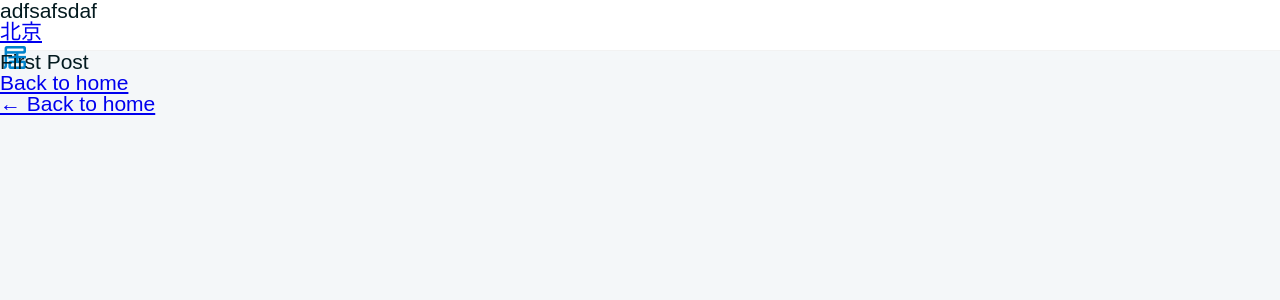
Repository: happy760690/nextjs-react
Page: /posts/first-post
An editor plug-in stored every save of this project. The page is shown before and after a run of saves, followed by the edit.
The browser window is 1280 px wide. The pictures show the whole page.
The project was rebuilt for these pictures with package versions that can differ from the ones it lists, and the page was loaded fresh each time. The framework's server and built-in components were replaced by stand-ins that run in the browser. Also part of the build but not shown: next.config.js, styles/utils.module.css.

Above is the page before, as saved 2021-07-16 17:21:04.

### pages/_app.tsx
/*
 * @Name: 文件名称
 * @Description: 该文件描述
 * @Author: Mingjuan
 * @Date: 1985-10-26 16:15:00
 * @Editors: Mingjuan
 */
import '../styles/scss/index.scss'
import { AppProps } from 'next/app'


function App({ Component, pageProps }: AppProps) {
  return <Component {...pageProps} />
}

export default App

### pages/posts/first-post.js
/*
 * @Name: 文件名称
 * @Description: 该文件描述
 * @Author: Mingjuan
 * @Date: 2021-06-29 11:22:19
 * @Editors: Mingjuan
 */
import Link from "next/link"
import Head from "next/head"
import Layout from "../../components/layout"

export default function FirstPost(){
    return (
        <Layout>
            <Head>
                <title>First Post</title>
            </Head>
            <h1>First Post</h1>
            <h2>
                <Link href="/">
                    <a>Back to home</a>
                </Link>
            </h2>
        </Layout>
    )
}

### styles/scss/index.scss
@import "./reset.scss";
// @import "./icon.scss";
@import "./base.scss";

### components/layout.tsx
/*
 * @Name: 文件名称
 * @Description: 该文件描述
 * @Author: Mingjuan
 * @Date: 2021-06-29 15:22:24
 * @Editors: Mingjuan
 */
import Head from 'next/head'
import styles from './layout.module.scss'
import Link from 'next/link'
import HeaderTemplate from './headerTemplate'

const name = 'Mingjuan Ma'
export const siteTitle = 'Next.js Sample Website'

export default function Layout({ children, home }: {
  children: React.ReactNode
  home?: boolean
}) {
  return (
    <div className={styles.container}>
      <Head>

        {/* <link rel="icon" href="/favicon.ico" /> */}

        <meta name="format-detection" content="telephone=no"></meta>
        <meta name="renderer" content="webkit"/>
        <meta name="screen-orientation" content="portrait"></meta>
        <meta name="x5-orientation" content="portrait" ></meta>

        <meta name="viewport" content="width=device-width, initial-scale=1,user-scalable=no,minimal-ui,maximum-scale=1.0,minimum-scale=1.0"></meta>
        <meta name="full-screen" content="yes"></meta>
        <meta name="apple-mobile-web-app-capable" content="yes" />
        {/* <meta http-equiv="Cache-Control" content="no-transform"/> */}
        {/* <meta http-equiv="Cache-Control" content="no-siteapp" /> */}
        <meta name="applicable-device" content="mobile"></meta>
        <meta name="location" content="province=上海;city=上海;coord=121.480756,31.235991"></meta>
        <meta name="wap-font-scale" content="no"></meta>


        {/* <meta http-equiv="Content-Type" content="text/html; charset=UTF-8" /> */}
        <meta name="apple-mobile-web-app-status-bar-style" content="black" />
        <meta name="keywords" content={siteTitle}/>
        <meta
          name="description"
          content={siteTitle}
        />
        <meta
          property="og:image"
          content={`https://og-image.vercel.app/${encodeURI(
            siteTitle
          )}.png?theme=light&md=0&fontSize=75px&images=https%3A%2F%2Fassets.vercel.com%2Fimage%2Fupload%2Ffront%2Fassets%2Fdesign%2Fnextjs-black-logo.svg`}
        />
        <meta name="og:title" content={siteTitle} />
        <meta name="twitter:card" content="summary_large_image" />


        <script src="/js/flexible.js"></script>
      </Head>
      {/* 头部内容 */}
      <HeaderTemplate city="北京" home/>
      {/* 子内容 */}
      <main>{children}</main>
      {/* 底部内容 */}
      {!home && (
        <div className={styles.backToHome}>
          <Link href="/">
            <a>← Back to home</a>
          </Link>
        </div>
      )}
    </div>
  )
}

### styles/scss/variable.scss
// 颜色定义规范
$color-background: #F4F7F9;
$color-bg-white: #fff;

// 字体相关颜色
$color-theme-text: #00C0EB;
$color-text-main: #031A1F;
$color-text-gray: #7E8C8F;
$color-text-gray-light: #99A4A6;
$color-text-orange: #FA5F35;
$color-text-gray-subtitle:#8D9799;

// 按钮颜色
$color-btn-green: #12C48E;
$color-btn-blue: #00C0EB;
$color-btn-gray: #7E8C8F;
$color-tag-bg-gray: #F0F4F5;

// 字体定义规范
$font-size-small-s: 11px;
$font-size-small: 12px;
$font-size-medium: 14px;
$font-size-medium-x: 16px;
$font-size-large: 18px;
$font-size-large-x: 21px;

### styles/scss/base.scss
/**
* 基础样式
*/

body, html {
    line-height: 1;
    font-family: 'PingFang SC', 'STHeitiSC-Light', 'Helvetica-Light', arial, sans-serif, 'Droid Sans Fallback';
    user-select: none;
    -webkit-tap-highlight-color: transparent;
    background: $color-background;
    color: $color-text-main;
  }

  .g-relative {
    position: relative;
  }

  @keyframes rotate {
    0% {
      transform: rotate(0)
    }

    100% {
      transform: rotate(360deg)
    }
  }

### components/layout.module.scss
.container {
  // max-width: 36rem;
  // padding: 0 1rem;
  // margin: 3rem auto 6rem;
  font-size: $font-size-large-x;
  background: $color-background;
}

### components/headerTemplate.tsx
/*
 * @Name: 文件名称
 * @Description: 该文件描述
 * @Author: Mingjuan
 * @Date: 2021-07-09 16:19:20
 * @Editors: Mingjuan
 */
import Image from 'next/image'
import Link from 'next/link'
import styles from './headerTemplate.module.scss'
import utilStyles from '../styles/utils.module.css'

export default function headerTemplate({ city, home}: {
    city: string,
    home?: boolean
}){
    return (
        <header className={styles.header}>
        {home ? (
          <>
              <div className="styles.top">adfsafsdaf
                <div className="styles.location">
                    <a href="###"> <span className="icon icon-location"></span>北京</a>
                </div>
                <div className="logo">
                    <img src="/images/logo.png" alt=""/>
                </div>
                <div className="search-ico">
                    <a href="#">
                        <span className="icon icon-search"></span>
                    </a>
                </div>
                <div className="user">
                    <a href="#"><span className="icon icon-user"></span></a>
                </div>
              </div>
          </>
        ) : (
          <>
            <h1>其它页面的头长这样</h1>
            <h2 className={utilStyles.headingLg}>
              <Link href="/">
                <a className={utilStyles.colorInherit}>{'其它页面的头部信息'}</a>
              </Link>
            </h2>
          </>
        )}
      </header>
    )
}

### components/headerTemplate.module.scss
.header {
    display: flex;
    height: 50px;
    color:#031A1F;
    background-color: $color-bg-white;
    border-bottom: 1px solid #f2f2f2;
}


// .header {
//     position: relative;
//     height: 1.17rem;
//     line-height: 1.1rem;
//     overflow: hidden
// }

.header .go-back {
    position: absolute;
    left: .15rem
}

.header .go-back a:hover {
    text-decoration: none
}

.header .go-back .icon-left {
    color: #666
}

Loaded but not shown: styles/scss/mixin.scss (common file); styles/scss/reset.scss (common file)

After the next 2 saves:
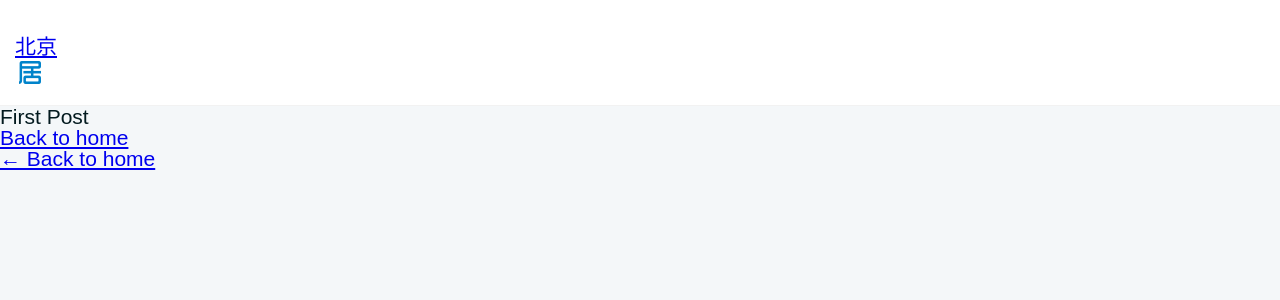
The 2 saves are shown as one change because 1 did not build or start.
The last was saved 21 min 30 s later.
--- a/styles/scss/variable.scss
+++ b/styles/scss/variable.scss
@@ -23,3 +23,10 @@ $font-size-medium: 14px;
 $font-size-medium-x: 16px;
 $font-size-large: 18px;
 $font-size-large-x: 21px;
+
+// 距离
+$distance-outermost: 15px;
+$distance-inner: 16px;
+
+// font family
+$font-family-din:  DIN
--- a/components/headerTemplate.module.scss
+++ b/components/headerTemplate.module.scss
@@ -1,7 +1,7 @@
 .header {
     display: flex;
-    height: 50px;
-    color:#031A1F;
+    padding: $distance-outermost;
+    color:$color-bg-white;
     background-color: $color-bg-white;
     border-bottom: 1px solid #f2f2f2;
 }
